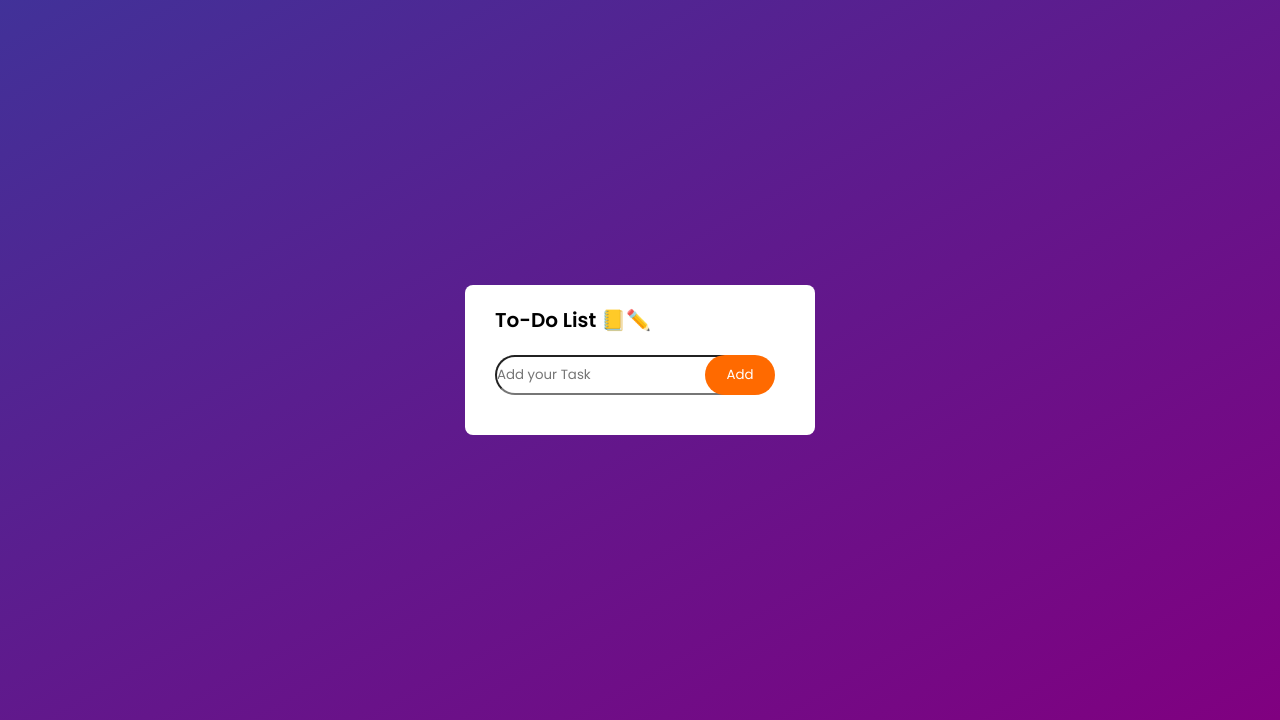
Repository: Ankitkr2021/To-Do-List
Page: index.html
The author's editor kept a copy of each file at every save. The page is drawn from the files as they stood at one save, then again after the next save.
The browser window is 1280 px wide. The pictures show the whole page.

Above is the page before, as saved 2025-10-03 10:11:12.

### index.html
<!DOCTYPE html>
<html lang="en">
<head>
    <meta charset="UTF-8">
    <meta name="viewport" content="width=device-width, initial-scale=1.0">
    <title>To-Do-List</title>
    <link rel="stylesheet" href="./style.css">
</head>
<body>
    <div class="box">
        <h1>To-Do List 📒✏️</h1>
        <div class="task">
        <input id="add" type="text" placeholder="Add your Task">
        <button type="submit">Add</button>
        </div>
    </div>
</body>
</html>

### style.css
@import url("https://fonts.googleapis.com/css2?family=Poppins:wght@300;400;500;600;700&display=swap");

*{
    margin: 0;
    padding: 0;
    box-sizing: border-box;
    font-family: 'Poppins',sans-serif;
}

body{
    display: flex;
    justify-content: center;
    align-items: center;
    height: 100vh;
    background: linear-gradient(to bottom right, rgba(40, 22, 139, 0.884), purple);
}

.box {
    background: #fff;
    height: 150px;
    max-height: 300px;
    width: 350px;
    border-radius: 8px;
}

.box h1 {
    padding: 20px 30px;
    font-size: 20px;
    font-weight: 600;
}

.task {
    /* background: #000; */
    padding: 0px 30px;
    position: relative;
}

.task input {
    width: 90%;
    height: 40px;
    border-radius: 20px;
}

.task button {
    content: "";
    position: absolute;
    left: 240px;
    height: 40px;
    width: 20%;
    border-radius: 20px;
    background: rgb(255, 106, 0);
    color: #fff;
    border: none;
}

After the next save:
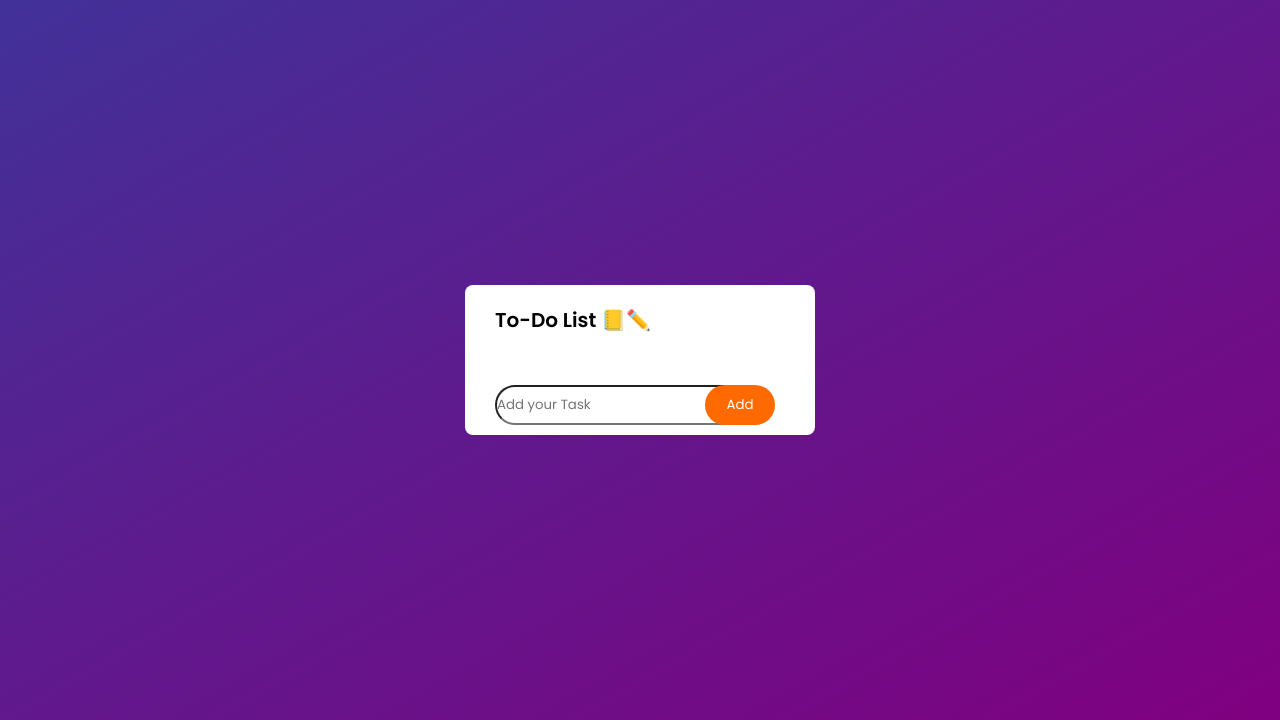
Saved 5 s later.
--- a/style.css
+++ b/style.css
@@ -31,7 +31,7 @@
 
 .task {
     /* background: #000; */
-    padding: 0px 30px;
+    padding: 30px;
     position: relative;
 }
 

After the save that followed:
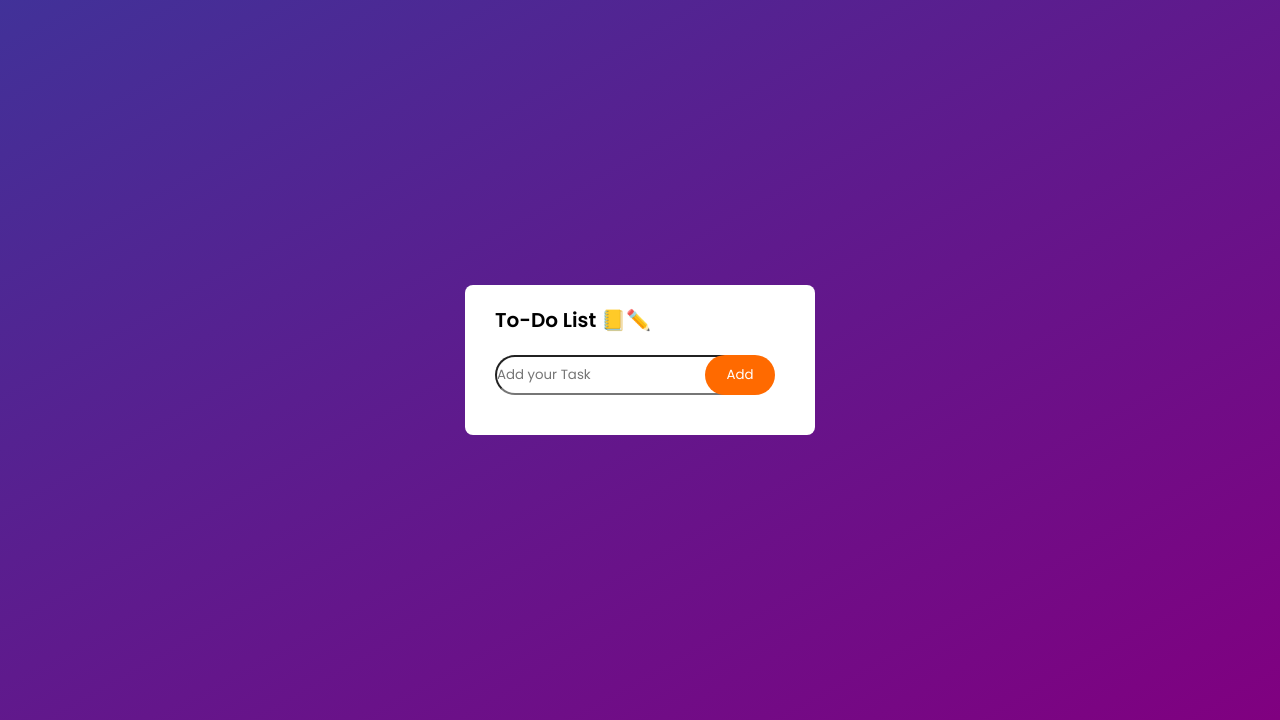
Saved 5 s later.
--- a/style.css
+++ b/style.css
@@ -31,7 +31,7 @@
 
 .task {
     /* background: #000; */
-    padding: 30px;
+    padding: 0 30px;
     position: relative;
 }
 
